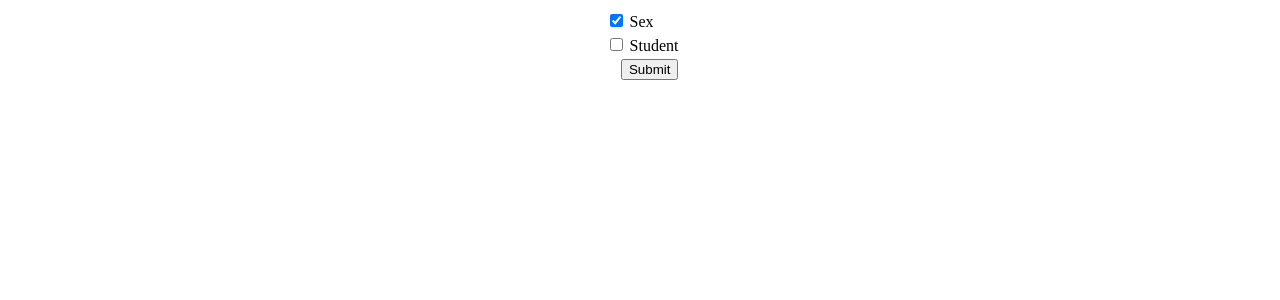
Repository: KingJF1/musical-octo-broccoli
Page: http://localhost/AliasInterceptorDemo/
An editor plug-in stored every save of this project. The page is shown before and after the next save, followed by the edit.
The browser window is 1280 px wide. The pictures show the whole page.
The page is served by Tomcat 9.

Above is the page before, as saved 2017-04-05 07:25:32.

After the next save:
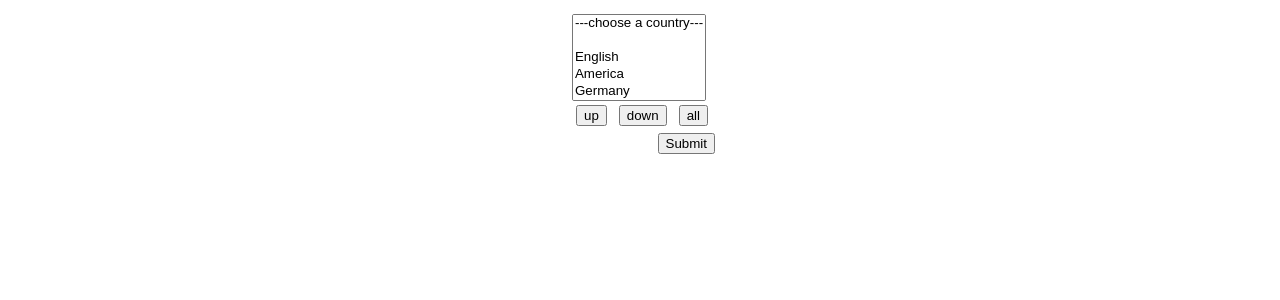
Console error: ReferenceError: StrutsUtils is not defined
Saved 9 min 26 s later.
--- a/workspace/AliasInterceptorDemo/WebContent/index.jsp
+++ b/workspace/AliasInterceptorDemo/WebContent/index.jsp
@@ -10,8 +10,16 @@
 <body>
 	<center>
 		<s:form action="user">
-			<s:checkbox label="Sex" name="sex" value="true" fieldValue="male"/>
-			<s:checkbox label="Student" name="role" value="ture" fieldValue="student"/>
+			<s:updownselect
+				list="#{'english':'English','america':'America','germany':'Germany','china':'China' }"
+				name="country"
+				headerKey="-1"
+				headerValue="---choose a country---"
+				emptyOption="true"
+				moveUpLabel="up"
+				moveDownLabel="down"
+				selectAllLabel="all"
+				/>
 			<s:submit/>
 		</s:form>
 	</center>
